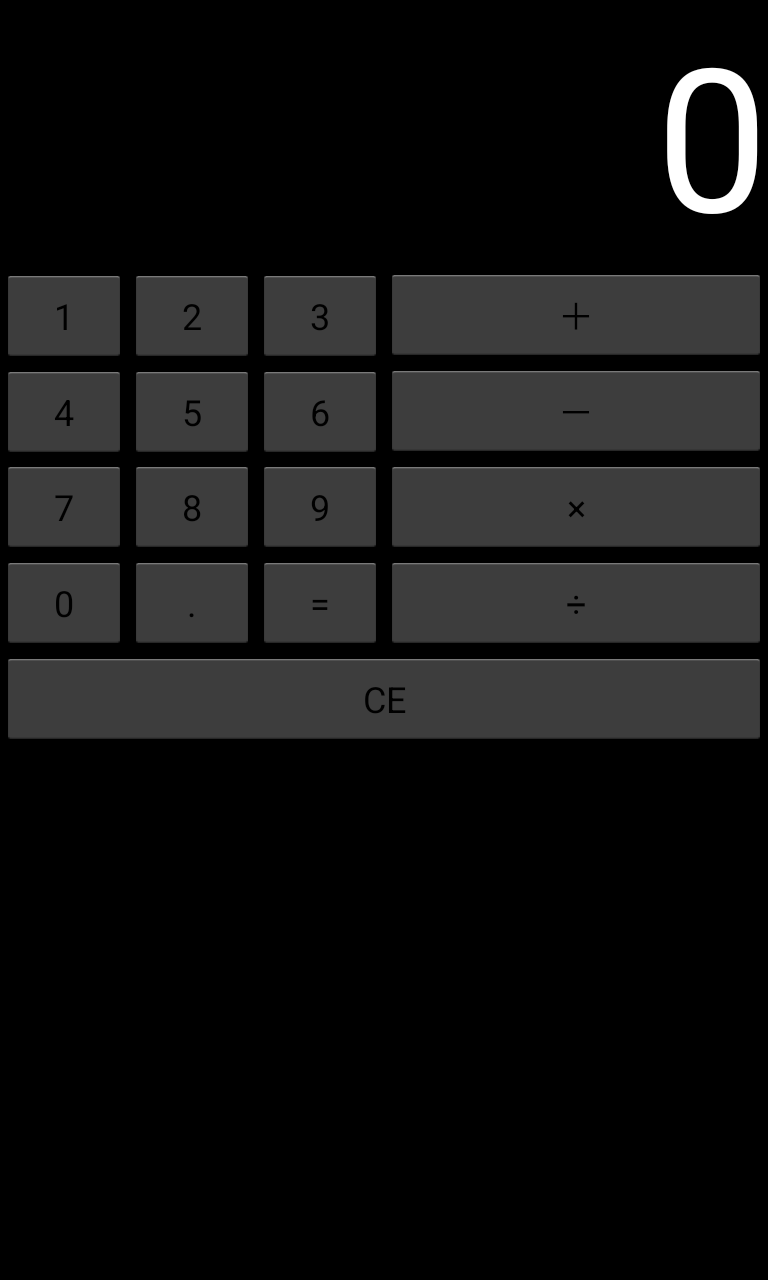
Repository: moetmd/learning-Android
Layout: Calculator/res/layout/activity_main.xml
These files come from the project's save history. The layout is drawn as it stood at one moment and after the next save; the edit follows.
It is drawn on a 768 x 1280 px phone screen (xhdpi) without system bars, with theme AppTheme; the app's code is not run.

Above is the layout before, as saved 2014-11-19 13:12:46.

After the next save:
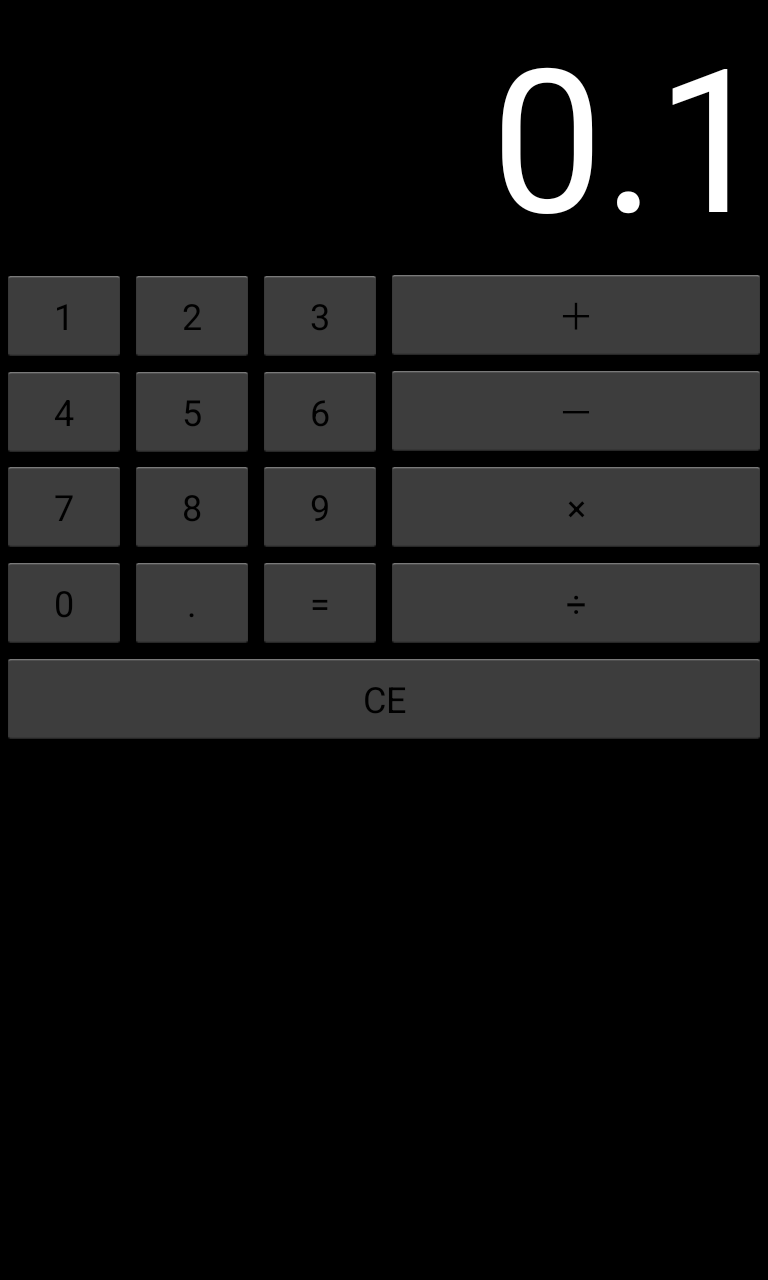
Saved 4 min 31 s later.
--- a/Calculator/res/layout/activity_main.xml
+++ b/Calculator/res/layout/activity_main.xml
@@ -20,7 +20,7 @@
             android:layout_width="match_parent"
             android:layout_height="wrap_content"
             android:gravity="right"
-            android:text="0"
+            android:text="0.1"
             android:textAppearance="?android:attr/textAppearanceLarge"
             android:textColor="#FFF"
             android:textSize="100sp" />
